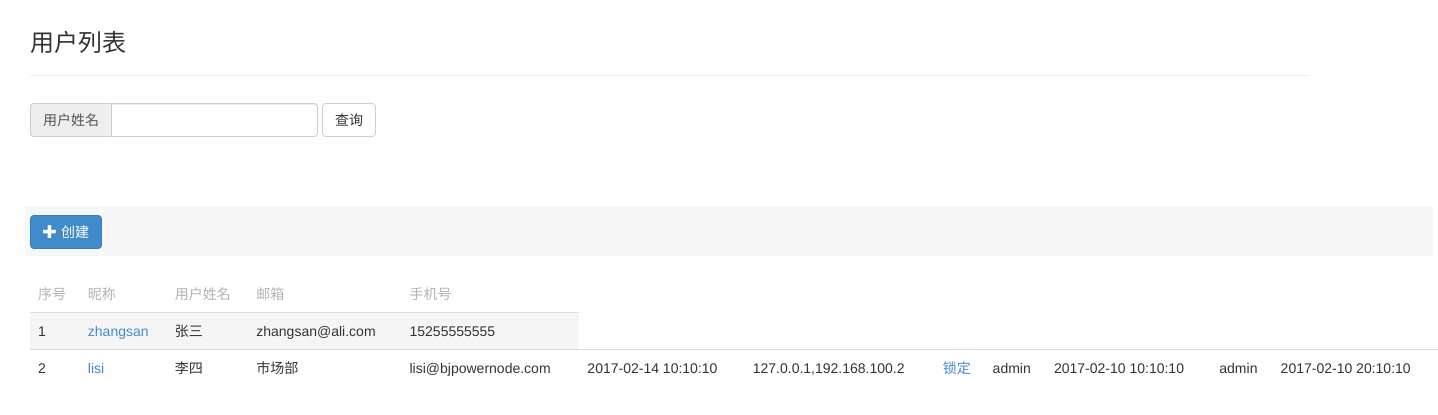
Repository: yangxshn/hsf
Page: hsf/user_consumer/src/main/webapp/index.html
An editor plug-in stored every save of this project. The page is shown before and after the next save, followed by the edit.
The browser window is 1280 px wide. The page is 1438 px wide, so the pictures cover 1438 px, including what lies to the right of the window. The pictures show the whole page.

Above is the page before, as saved 2017-09-29 06:50:15.

After the next save:
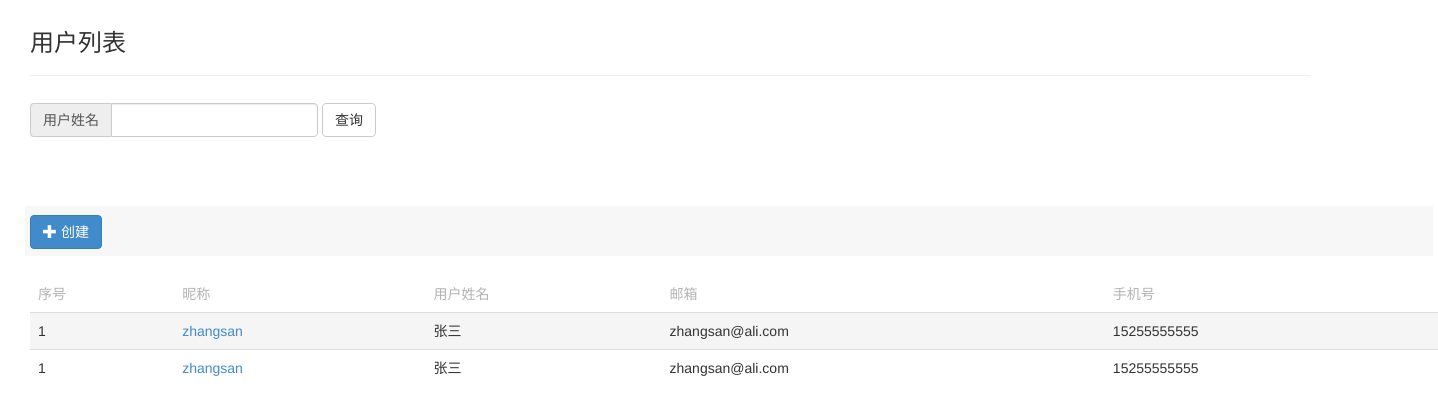
Saved 6 s later.
--- a/hsf/user_consumer/src/main/webapp/index.html
+++ b/hsf/user_consumer/src/main/webapp/index.html
@@ -134,18 +134,11 @@
 					<td>15255555555</td>
 				</tr>
 				<tr>
-					<td>2</td>
-					<td><a  href="detail.html">lisi</a></td>
-					<td>李四</td>
-					<td>市场部</td>
-					<td>lisi@bjpowernode.com</td>
-					<td>2017-02-14 10:10:10</td>
-					<td>127.0.0.1,192.168.100.2</td>
-					<td><a href="javascript:void(0);" onclick="window.confirm('您确定要启用该用户吗？');" style="text-decoration: none;">锁定</a></td>
-					<td>admin</td>
-					<td>2017-02-10 10:10:10</td>
-					<td>admin</td>
-					<td>2017-02-10 20:10:10</td>
+					<td>1</td>
+					<td><a  href="detail.html">zhangsan</a></td>
+					<td>张三</td>
+					<td>zhangsan@ali.com</td>
+					<td>15255555555</td>
 				</tr>
 			</tbody>
 		</table>
